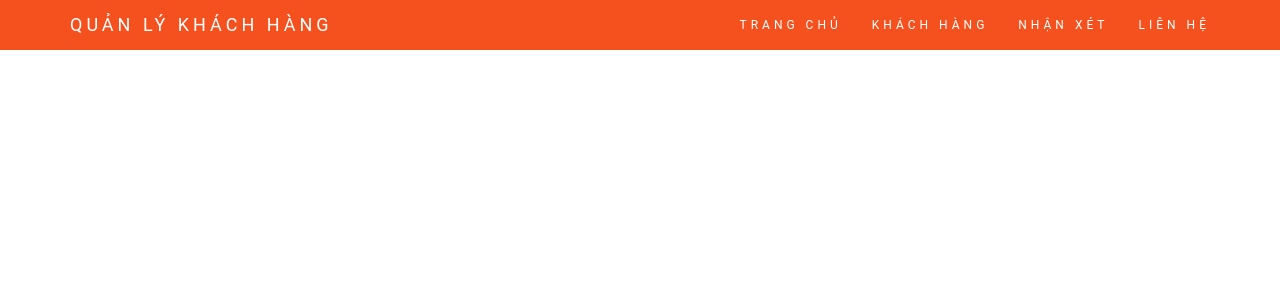
Repository: huutien1904/bt2-ltw
Page: index.html
An editor plug-in stored every save of this project. The page is shown before and after the next save, followed by the edit.
The browser window is 1280 px wide. The pictures show the whole page.

Above is the page before, as saved 2021-11-03 15:55:25.

After the next save:
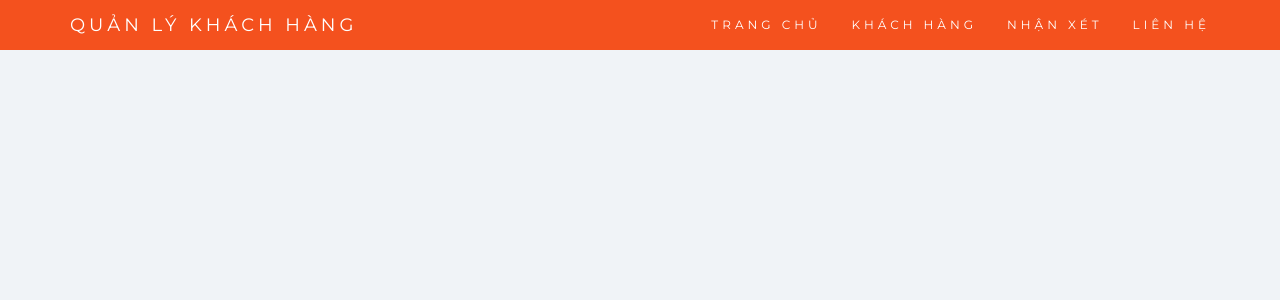
Saved 2 s later.
--- a/style.css
+++ b/style.css
@@ -1,7 +1,35 @@
 *{
-  font-family: 'Roboto', sans-serif;
-}
-body {
+
+}
+:root {
+  --primary-color: #0f9d58;
+  --backgound-color: #f0f3f7;
+  --secon-color: #9da2ad;
+  --grey: #7a7a7a;
+  --white: #ffffff;
+}
+
+* {
+
+  box-sizing: inherit;
+  text-decoration: none;
+  margin: 0;
+  padding: 0;
+}
+body,
+html {
+  font-size: 62.5%;
+  line-height: 1.6rem;
+  font-family: "Poppins", sans-serif;
+  box-sizing: border-box;
+  scroll-behavior: smooth;
+  position: relative;
+  overflow-x: hidden;
+  /* overflow: hidden; */
+  background-color: var(--backgound-color);
+}
+
+  body {
     font: 400 15px Lato, sans-serif;
     line-height: 1.8;
     color: #818181;
